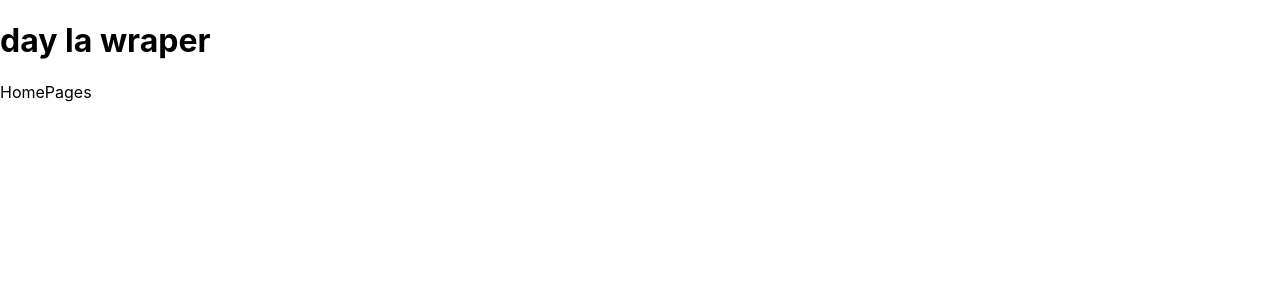
Repository: truongnguyenuit/learn_api
Page: /
An editor plug-in stored every save of this project. The page is shown before and after the next save, followed by the edit.
The browser window is 1280 px wide. The pictures show the whole page.
The project was rebuilt for these pictures with package versions that can differ from the ones it lists, and the page was loaded fresh each time.

Above is the page before, as saved 2022-06-10 14:49:16.

After the next save:
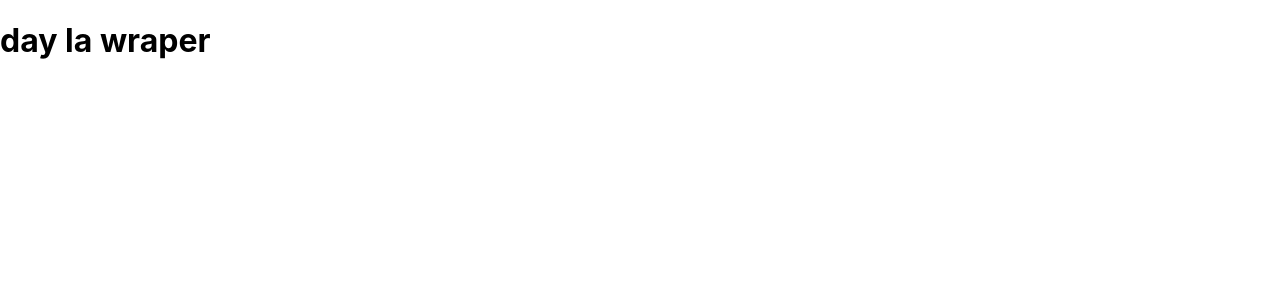
Saved 13 s later.
--- a/src/App.js
+++ b/src/App.js
@@ -26,7 +26,7 @@
   return (
     <>
       <h1>day la wraper</h1>
-      <Outlet />
+      {/* <Outlet /> */}
     </>
   )
 }

After the save that followed:
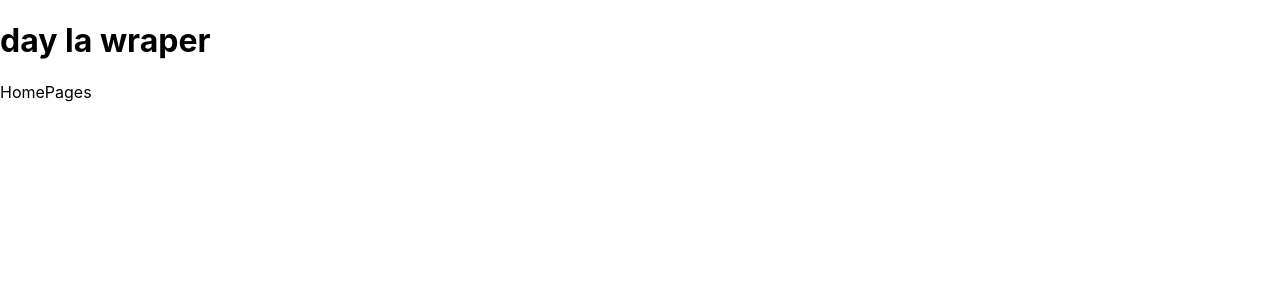
Saved 8 s later.
--- a/src/App.js
+++ b/src/App.js
@@ -26,7 +26,7 @@
   return (
     <>
       <h1>day la wraper</h1>
-      {/* <Outlet /> */}
+      <Outlet />
     </>
   )
 }
